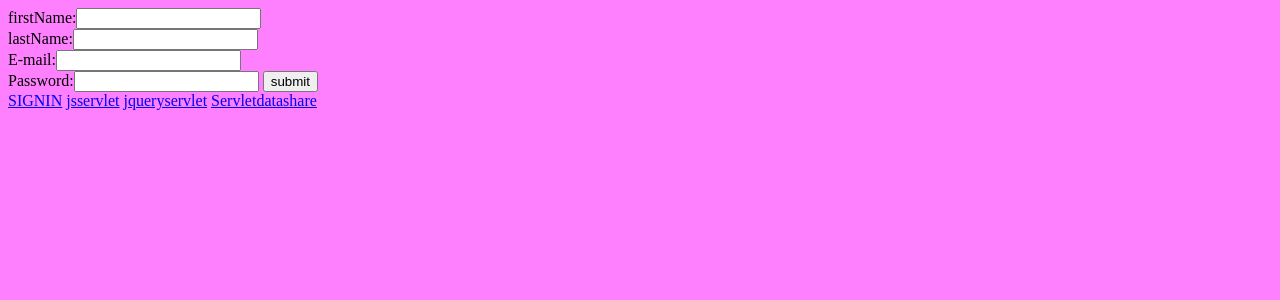
Repository: shruthik537/aemclass
Page: firstweb/src/main/webapp/index.html
An editor plug-in stored every save of this project. The page is shown before and after the next save, followed by the edit.
The browser window is 1280 px wide. The pictures show the whole page.
Some web libraries are served in a nearby version.

Above is the page before, as saved 2021-09-27 17:54:52.

After the next save:
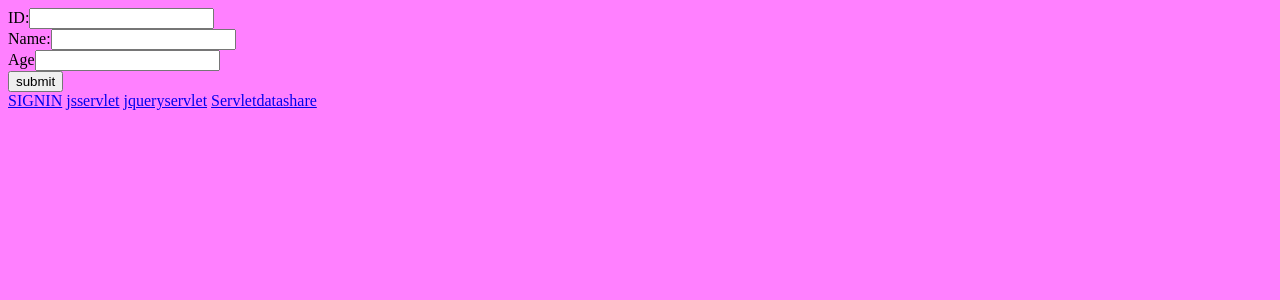
Saved 60 s later.
--- a/firstweb/src/main/webapp/index.html
+++ b/firstweb/src/main/webapp/index.html
@@ -16,10 +16,10 @@
 </head>
 <body style="background-color:rgb(255, 128, 255);">
 <form name="myForm" action="./Dbutilservlet" method="post">
-firstName:<input type="text" name="fname" id="fname"/><br/>
-lastName:<input type="text" name="lname" id="lname"/><br/>
-E-mail:<input type="text" name="email" id="email"/><br/>
-Password:<input type="text" name="pwd" id="pwd"/>
+ID:<input type="text" name="id" id="id"/><br/>
+Name:<input type="text" name="name" id="name"/><br/>
+Age<input type="text" name="age" id="age"/><br/>
+
 <input type="submit" value="submit" id="submit"/>
 </form>
 <a href="signin.html">SIGNIN</a>
